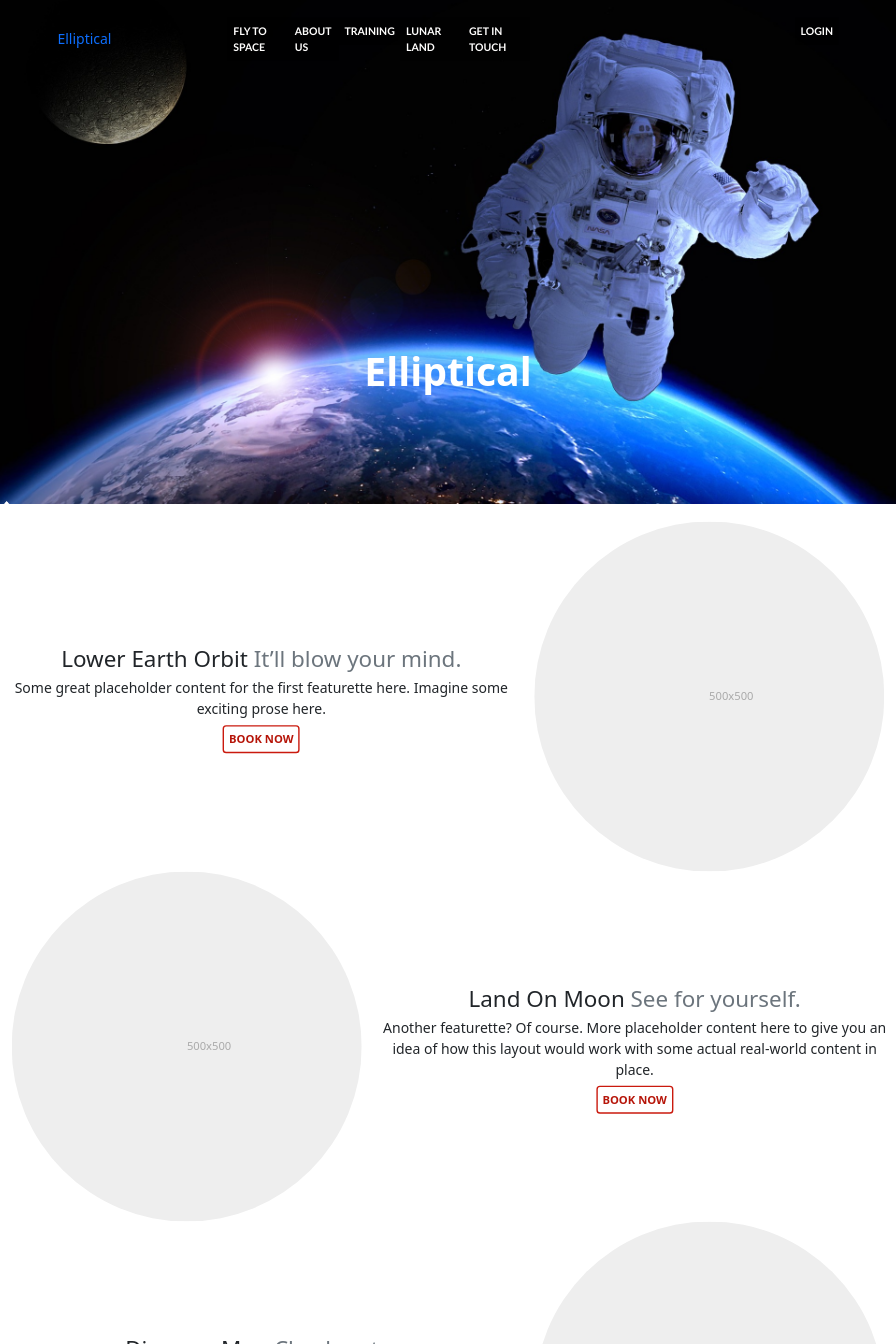
Repository: sarthakkathpalia/elliptical
Page: html/home.html
The author's editor kept a copy of each file at every save. The page is drawn from the files as they stood at one save, then again after the next save.
The browser window is 1280 px wide. The pictures show the part of the page from y = 0 to 1920 px (the page is 4287 px tall), at 70% of full size.
Some web libraries are served in a nearby version.

Above is the page before, as saved 2021-10-31 10:50:52.
Console error: ReferenceError: emailjs is not defined

After the next save:
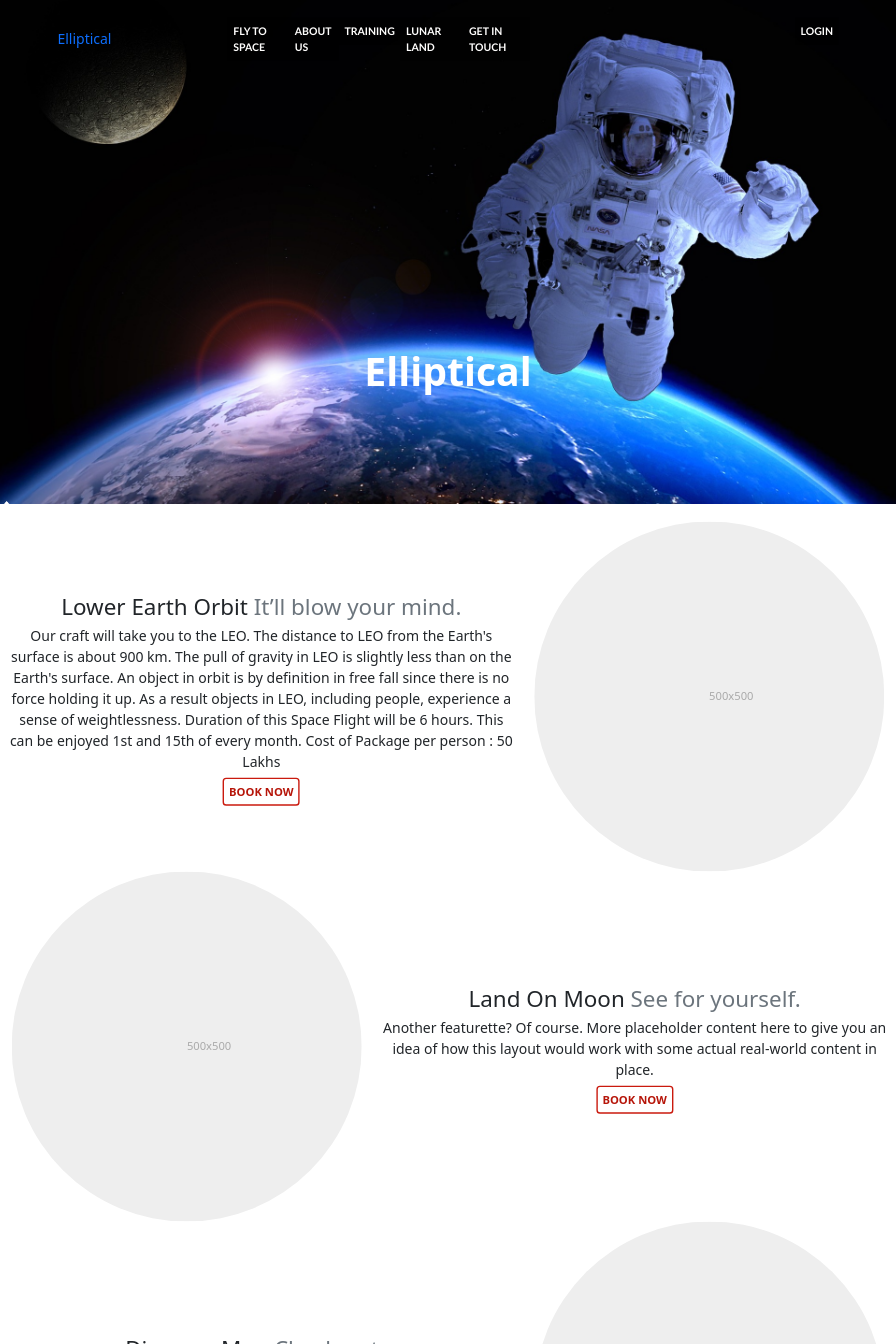
Saved 18 min 46 s later.
--- a/html/home.html
+++ b/html/home.html
@@ -138,7 +138,10 @@
   <div class="row featurette align-items-center">
     <div class="col-md-7">
       <h2 class="featurette-heading">Lower Earth Orbit <span class="text-muted">It’ll blow your mind.</span></h2>
-      <p class="lead">Some great placeholder content for the first featurette here. Imagine some exciting prose here.</p>
+      <p class="lead">Our craft will take you to the LEO. The distance to LEO from the Earth's surface is about 900 km. The pull of gravity in LEO is slightly less than on the Earth's surface. An object in orbit is by definition in free fall since there is no force holding it up. As a result objects in LEO, including people, experience a sense of weightlessness.
+        Duration of this Space Flight will be 6 hours. This can be enjoyed 1st and 15th of every month.
+
+        Cost of Package per person : 50 Lakhs</p>
 
       <div class="Booknow">
         <a  href="login.html">Book Now</a>
